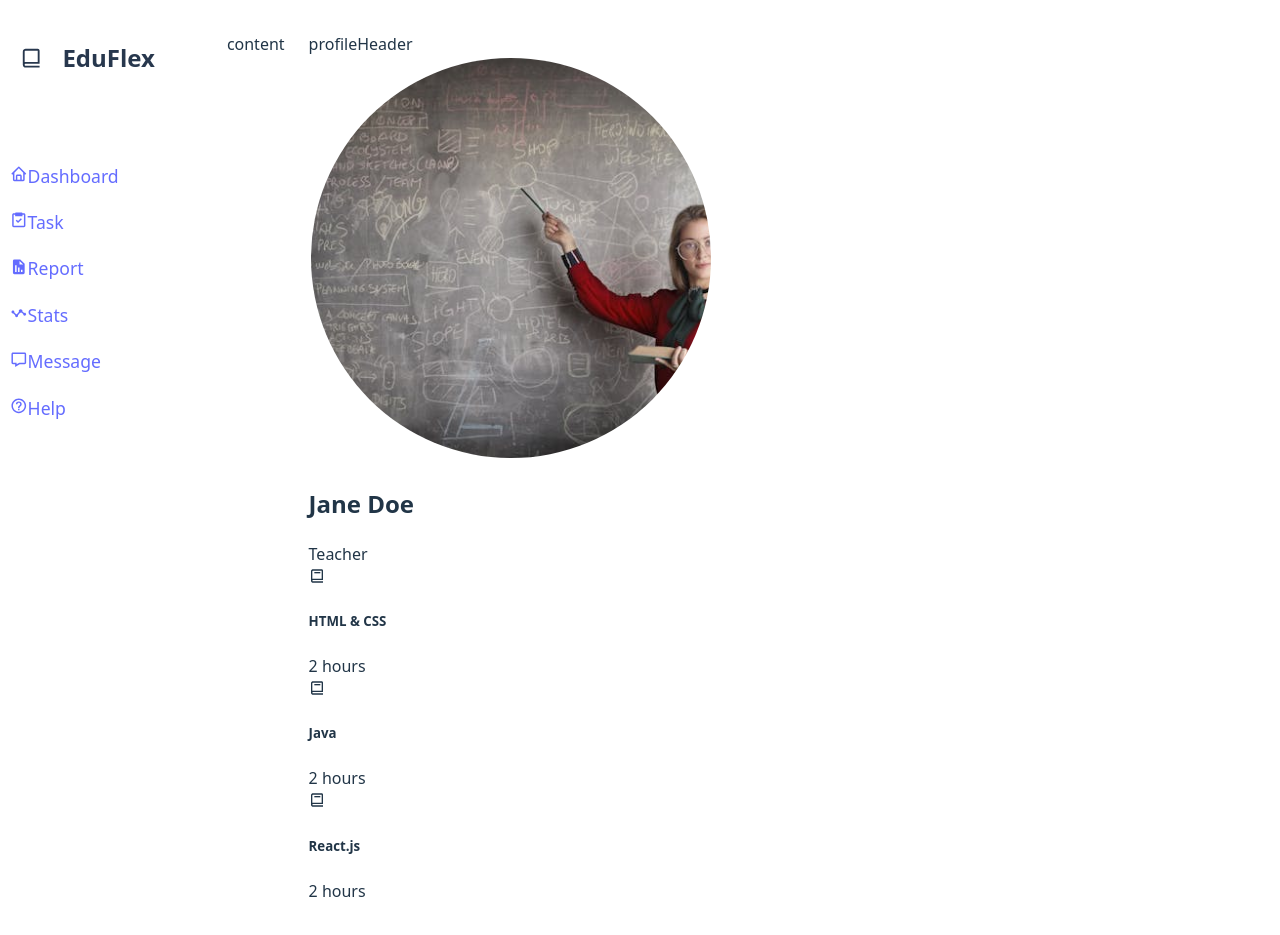
Repository: gogg23/react-dash
Page: /
The author's editor kept a copy of each file at every save. The page is drawn from the files as they stood at one save, then again after the next save.
The browser window is 1280 px wide. The pictures show the whole page.
The project was rebuilt for these pictures with package versions that can differ from the ones it lists, and the page was loaded fresh each time. Also part of the build but not shown: vite.config.js.

Above is the page before, as saved 2025-04-08 21:39:54.

After the next save:
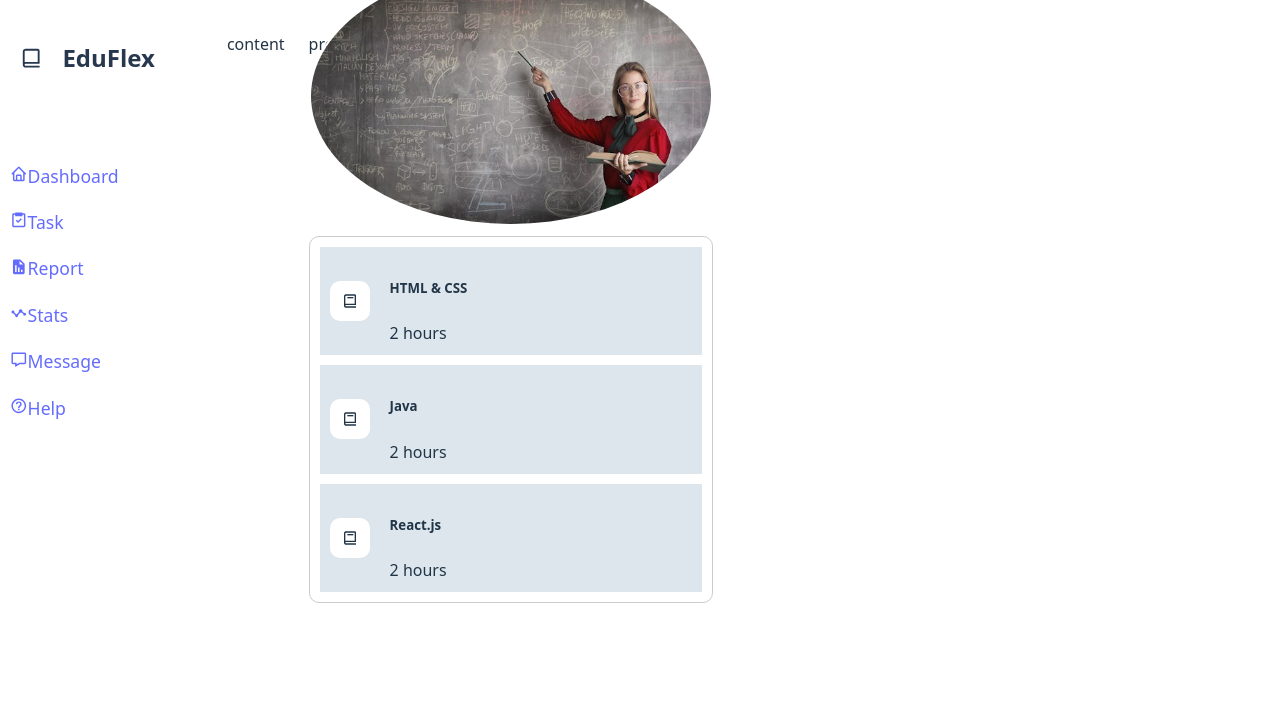
Saved 89 s later.
--- a/src/components/Profile.jsx
+++ b/src/components/Profile.jsx
@@ -1,7 +1,7 @@
 import React from 'react';
 import { BiEdit, BiBook } from 'react-icons/bi';
 import ProfileHeader from './ProfileHeader';
-import '../styles/profileHeader.css';
+import '../styles/Profile.css'; // ✅ FIXED: this must match your actual file name
 import Image1 from '../assets/images/Image1.jpg';
 
 const courses = [
@@ -38,11 +38,13 @@ const Profile = () => {
             objectFit: 'cover',
           }}
         />
-
         <h2 className='user--name'>Jane Doe</h2>
         <span className='profession'>Teacher</span>
       </div>
+
       <div className='user--courses'>
+        {' '}
+        {/* ✅ FIXED class name */}
         {courses.map((course, index) => (
           <div className='course' key={index}>
             <div className='course-detail'>
